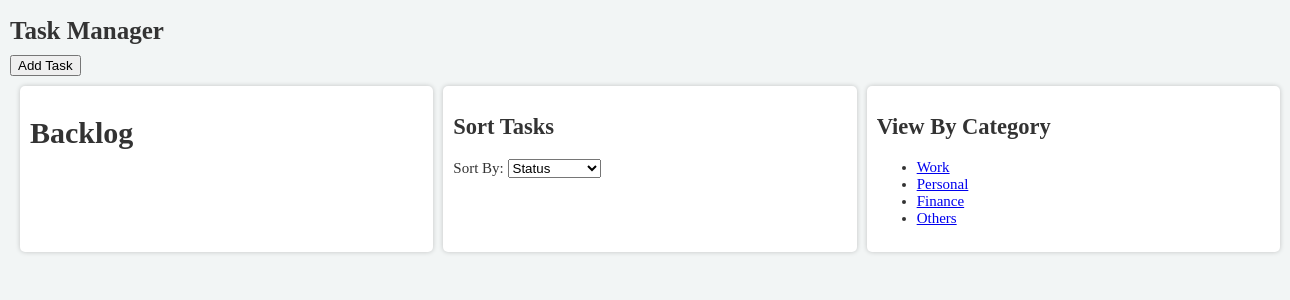
Repository: n-shen/task-tracker
Page: / (app in frontend/)
An editor plug-in stored every save of this project. The page is shown before and after the next save, followed by the edit.
The browser window is 1280 px wide. The page is 1290 px wide, then 1280 px, so the pictures cover 1290 px, including what lies to the right of the window. The pictures show the whole page.
The project was rebuilt for these pictures with package versions that can differ from the ones it lists, and the page was loaded fresh each time. Also part of the build but not shown: frontend/src/components/taskManager/addTask.jsx, frontend/src/components/tasks/task.jsx, frontend/src/components/taskManager/categoryTasks.jsx. Imported but missing from the stored project, and not drawn on this page: frontend/src/reportWebVitals.

Above is the page before, as saved 2023-04-20 13:21:05.

After the next save:
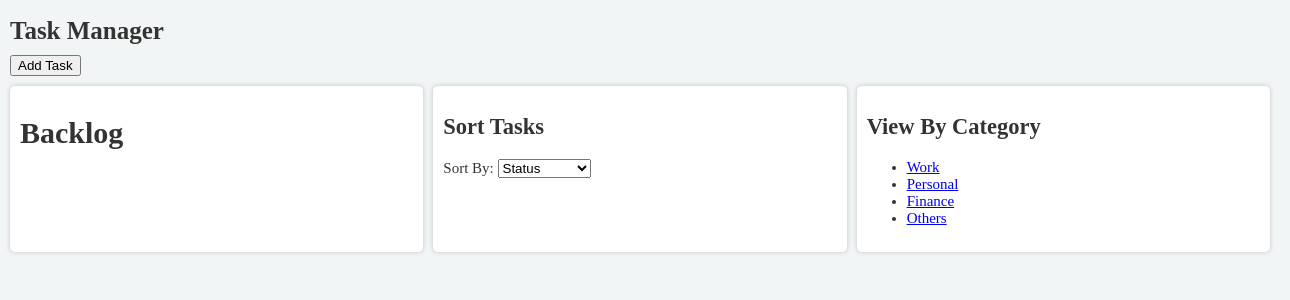
Saved 16 s later.
--- a/frontend/src/styles/manager.css
+++ b/frontend/src/styles/manager.css
@@ -25,7 +25,7 @@
     grid-template-columns: repeat(3, minmax(min-content, 1fr));
     grid-gap: 1rem;
     width: 100%;
-    padding: 1rem;
+    padding-top: 1rem;
 }
 
 .taskManager--grid > div {
